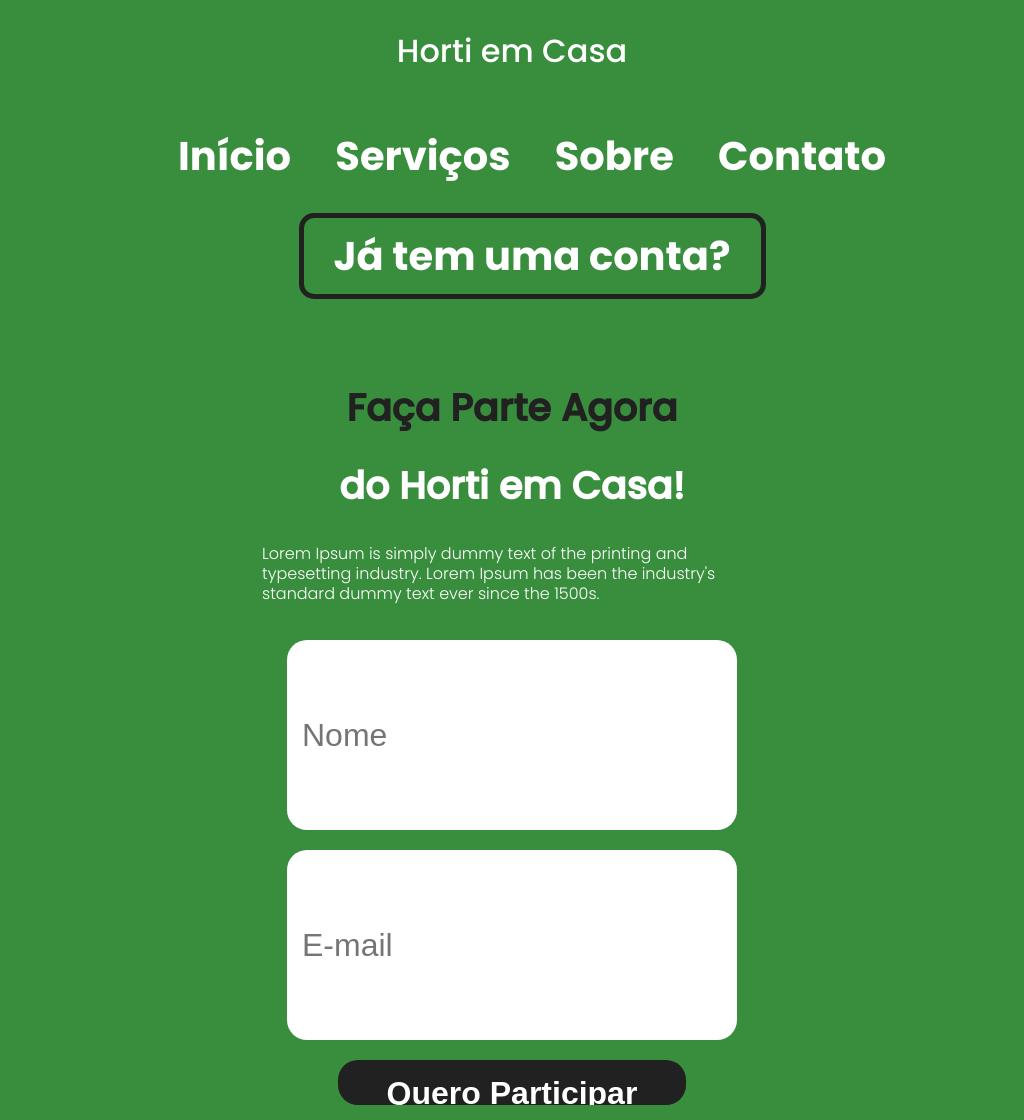
Repository: gabrielcastroo/horti-em-casa
Page: index.html
The author's editor kept a copy of each file at every save. The page is drawn from the files as they stood at one save, then again after the next save.
The browser window is 1024 px wide. The pictures show the whole page.

Above is the page before, as saved 2022-04-26 12:23:01.

After the next save:
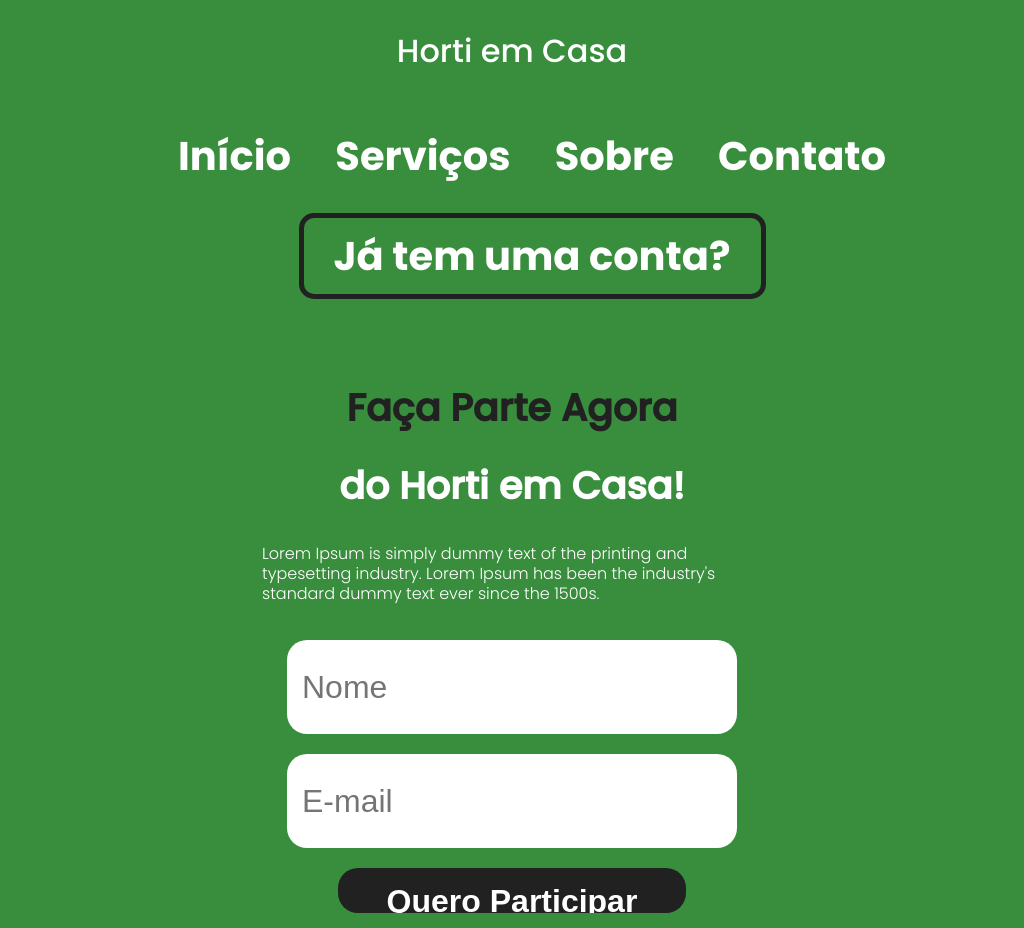
Saved 6 s later.
--- a/styles/media.css
+++ b/styles/media.css
@@ -24,7 +24,7 @@
     input{
         align-self: center;
         font-size: 2em;
-        height: 5em;
+        height: 2em;
     }
 
     img{
